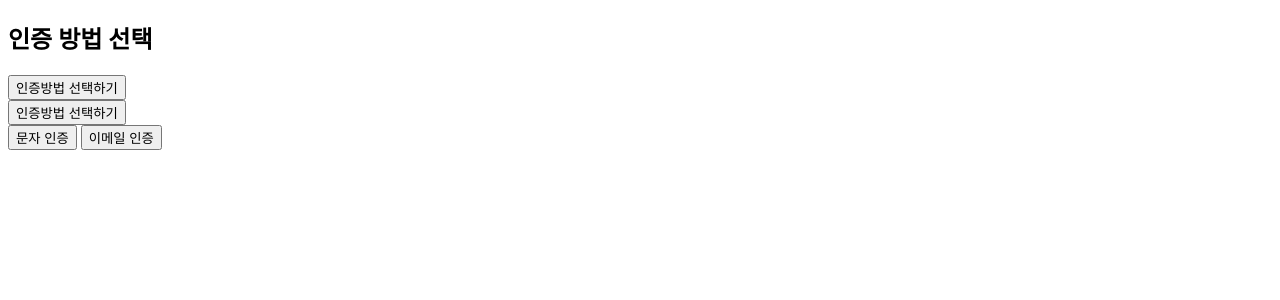
Repository: 0hmuse/day0330-2
Page: day0330-1/src/main/resources/static/test2.html
The author's editor kept a copy of each file at every save. The page is drawn from the files as they stood at one save, then again after the next save.
The browser window is 1280 px wide. The pictures show the whole page.

Above is the page before, as saved 2020-03-30 08:29:05.

### day0330-1/src/main/resources/static/test2.html
<!DOCTYPE html>
<html>
<head>
<meta charset="EUC-KR">
<title>Insert title here</title>
<script type="text/javascript" src="https://code.jquery.com/jquery-3.4.1.min.js"></script>
<script type="text/javascript">
$(function(){

	$("#select").click(function(){
		var text = $("<span>인증할 번호, 이메일을 입력하세요</span>")
		var input = $("<input type='text' id='in' name='in'>");
		$("#f").append(text,input);

		$("#check")

		$("#sms").click("/sms.do",{data:data,success:function(r){
			alert(sdata);
		}})




		$("#email").click("/email.do",{data:data,success:function(r){
			alert("버튼누름");
			alert(edata);
			}})
	})

})

</script>
</head>
<body>
<h2>인증 방법 선택</h2>
<button id="select">인증방법 선택하기</button><br>
<button id="check">인증방법 선택하기</button><br>
<form id="f">
</form>
	<button id="sms">문자 인증</button>
	<button id="email">이메일 인증</button>
</body>
</html>

After the next save:
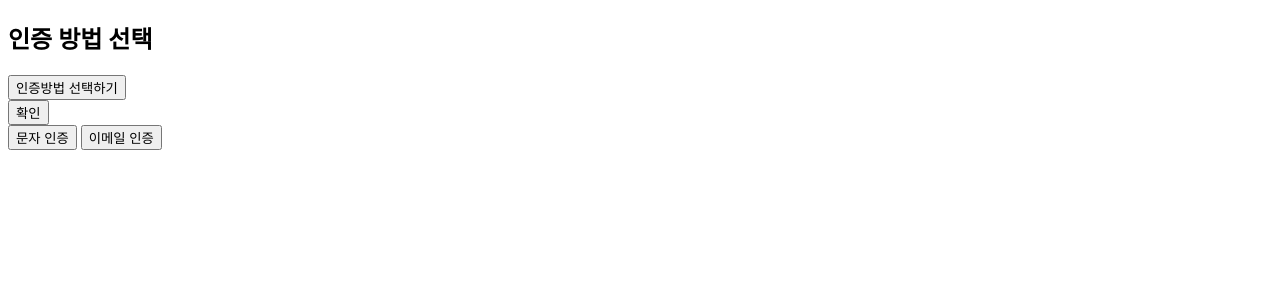
Saved 4 s later.
--- a/day0330-1/src/main/resources/static/test2.html
+++ b/day0330-1/src/main/resources/static/test2.html
@@ -34,7 +34,7 @@ $(function(){
 <body>
 <h2>인증 방법 선택</h2>
 <button id="select">인증방법 선택하기</button><br>
-<button id="check">인증방법 선택하기</button><br>
+<button id="check">확인</button><br>
 <form id="f">
 </form>
 	<button id="sms">문자 인증</button>
